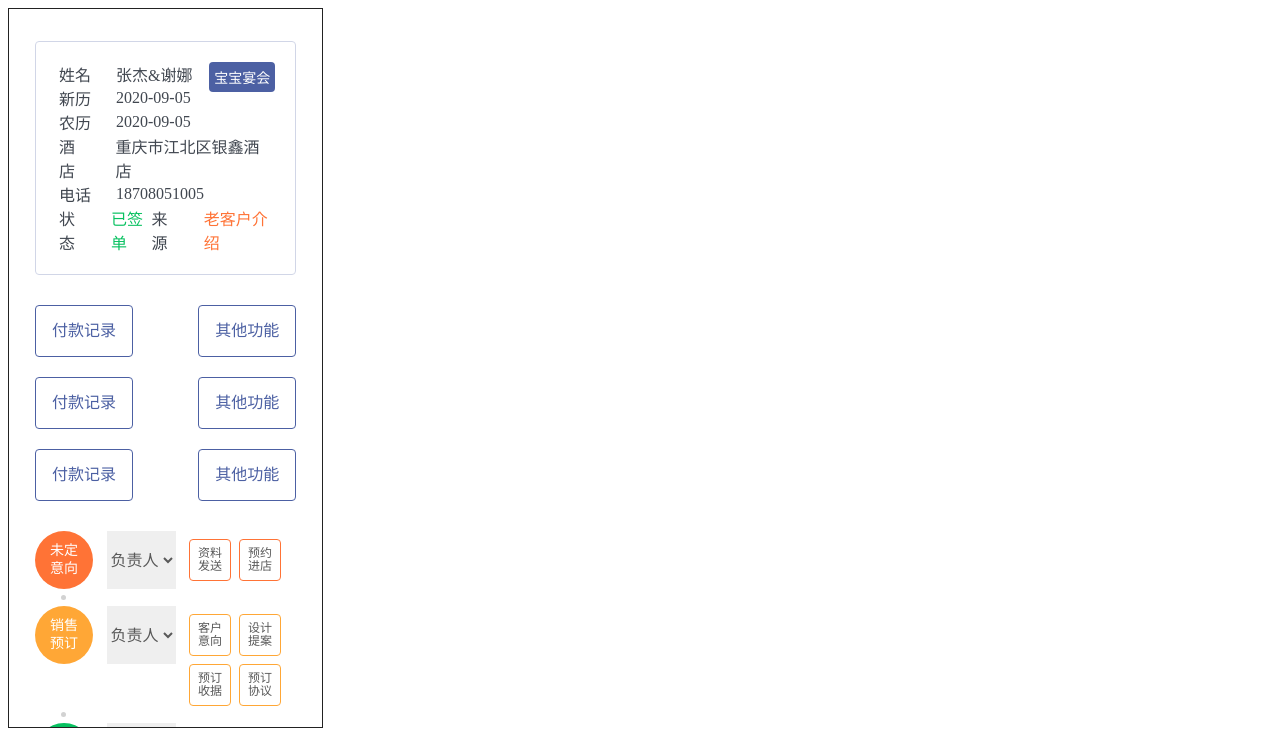
Repository: Lairuola/wedding-1
Page: index.html
An editor plug-in stored every save of this project. The page is shown before and after the next save, followed by the edit.
The browser window is 1280 px wide. The pictures show the whole page.

Above is the page before, as saved 2020-12-24 15:19:37.

### index.html
<!--
 * @Author       : 濑若拉
 * @Date         : 2020-12-17 10:22:14
 * @LastEditors  : 濑若拉
 * @LastEditTime : 2020-12-24 15:19:37
 * @FilePath     : /slidebar/index.html
-->


<!DOCTYPE html>
<html lang="en">

<head>
  <meta charset="UTF-8">
  <meta name="viewport" content="width=device-width, initial-scale=1.0">
  <title>Document</title>
  <style>
    .slide-left {
      width: 402px;
      height: 100vh;
      box-sizing: border-box;
      padding: 32px 26px;
      overflow-y: auto;
      display: flex;
      flex-direction: column;
      align-items: center;
      border: 1px solid #222;
    }

    .info {
      width: 100%;
      height: 328px;
      display: flex;
      flex-direction: column;
      justify-content: space-between;
      padding: 20px 23px;
      position: relative;
      box-sizing: border-box;
      border-radius: 4px;
      border: solid 1px #d1d6e7;
    }

    .info .row {
      width: 100%;
      display: flex;
      font-size: 16px;
      color: #414750;
      flex-direction: row;
      align-items: center;
    }

    .info .row .label,
    .info .end-row .item .label {
      margin-right: 25px;
    }

    .info .end-row {
      width: 100%;
      display: flex;
      flex-direction: row;
      align-items: center;
      justify-content: space-between;
      font-size: 16px;
      color: #414750;
    }

    .info .end-row .item {
      display: flex;
      flex-direction: row;
      align-items: center;
      font-size: 16px;
      color: #414750;
    }

    .info .info-tag {
      padding: 5px;
      background-color: #4c60a3;
      border-radius: 4px;
      font-size: 14px;
      color: #fff;
      position: absolute;
      top: 20px;
      right: 20px;
    }

    .btn-area {
      width: 100%;
      display: flex;
      flex-direction: row;
      align-items: center;
      justify-content: space-between;
      flex-wrap: wrap;
      margin-top: 10px;
      margin-bottom: 30px;
    }

    .btn-area .btn {
      width: 96px;
      height: 50px;
      background-color: #ffffff;
      border-radius: 4px;
      border: solid 1px #4c60a3;
      font-size: 16px;
      color: #4c60a3;
      text-align: center;
      line-height: 50px;
      margin-top: 20px;
    }

    .bot-area {
      width: 100%;
      display: flex;
      flex-direction: column;
    }

    .bot-area .item {
      width: 100%;
      display: flex;
      flex-direction: row;
      position: relative;
      padding-bottom: 17px;
    }

    .bot-area .item .circle {
      width: 58px;
      height: 58px;
      color: #fff;
      border-radius: 100%;
      display: flex;
      align-items: center;
      justify-content: center;
    }

    .bot-area .item .circle .text {
      width: 28px;
      height: 36px;
      font-size: 14px;
      line-height: 18px;
    }

    .bot-area .item .select-wrap {
      width: 96px;
      text-align: center;
    }

    .bot-area .item .select-wrap .bot-select {
      border: none;
      outline: none;
      color: #595959;
      font-size: 16px;
      height: 58px;
    }

    .bot-area .item .btn-row {
      flex: 1;
      display: flex;
      flex-direction: row;
      flex-wrap: wrap;
      margin-right: -8px;
    }

    .bot-area .item .btn-row .btn {
      width: 40px;
      height: 40px;
      border-radius: 4px;
      margin-right: 8px;
      border: 1px solid;
      display: flex;
      align-items: center;
      justify-content: center;
      margin-top: 8px;
      color: #595959;
    }

    .bot-area .item .btn-row .btn .word {
      width: 24px;
      height: 26px;
      font-size: 12px;
      line-height: 13px;
      letter-spacing: 0px;
    }

    .bot-area .item .dot {
      width: 5px;
      height: 5px;
      background-color: #d2d2d2;
      border-radius: 100%;
      position: absolute;
      bottom: 6px;
      left: 26px;
    }

    .bot-area .item .btn-row .btn.orange {
      border-color: #ff7336;
    }

    .bot-area .item .btn-row .btn.orange:hover {
      background-color: #ff7336;
      color: #fff;
    }

    .bot-area .item .btn-row .btn.yellow {
      border-color: #ffa736;
    }

    .bot-area .item .btn-row .btn.yellow:hover {
      background-color: #ffa736;
      color: #fff;
    }

    .bot-area .item .btn-row .btn.green {
      border-color: #07c160;
    }

    .bot-area .item .btn-row .btn.green:hover {
      background-color: #07c160;
      color: #fff;
    }

    .bot-area .item .btn-row .btn.aqua {
      border-color: #0bc8cb;
    }

    .bot-area .item .btn-row .btn.aqua:hover {
      background-color: #0bc8cb;
      color: #fff;
    }

    .bot-area .item .btn-row .btn.blue {
      border-color: #3d9bfb;
    }

    .bot-area .item .btn-row .btn.blue:hover {
      background-color: #3d9bfb;
      color: #fff;
    }

    .bot-area .item .btn-row .btn.cornflowerblue {
      border-color: #4c60a3;
    }

    .bot-area .item .btn-row .btn.cornflowerblue:hover {
      background-color: #4c60a3;
      color: #fff;
    }

    .color-green {
      color: #07c160
    }

    .color-orange {
      color: #ff7336;
    }

    .bg-color-red {
      background-color: #ff7336;
    }

    .bg-color-yellow {
      background-color: #ffa736;
    }

    .bg-color-green {
      background-color: #07c160;
    }

    .bg-color-aqua {
      background-color: #0bc8cb;
    }

    .bg-color-blue {
      background-color: #3d9bfb;
    }

    .bg-color-cornflowerblue {
      background-color: #4c60a3;
    }
  </style>
  <style>
    .my-table {
      width: 100%;
      height: 80vh;
      display: flex;
      flex-direction: column;
    }
  </style>
</head>

<body style="display: flex;flex-direction: row;">
  <div class="slide-left">
    <!-- 资料 -->
    <div class="info">
      <div class="row">
        <div class="label">姓名</div>
        <div class="content">张杰&谢娜</div>
      </div>
      <div class="row">
        <div class="label">新历</div>
        <div class="content">2020-09-05</div>
      </div>
      <div class="row">
        <div class="label">农历</div>
        <div class="content">2020-09-05</div>
      </div>
      <div class="row">
        <div class="label">酒店</div>
        <div class="content">重庆市江北区银鑫酒店</div>
      </div>
      <div class="row">
        <div class="label">电话</div>
        <div class="content">18708051005</div>
      </div>
      <div class="end-row">
        <div class="item">
          <div class="label">状态</div>
          <div class="content color-green">已签单</div>
        </div>
        <div class="item">
          <div class="label">来源</div>
          <div class="content color-orange">老客户介绍</div>
        </div>
      </div>
      <!-- tag -->
      <div class="info-tag">宝宝宴会</div>
    </div>
    <!-- btn-area -->
    <div class="btn-area">
      <div class="btn">付款记录</div>
      <div class="btn">其他功能</div>
      <div class="btn">付款记录</div>
      <div class="btn">其他功能</div>
      <div class="btn">付款记录</div>
      <div class="btn">其他功能</div>
    </div>
    <!-- bot-area -->
    <div class="bot-area">
      <div class="item">
        <div class="circle bg-color-red">
          <div class="text">未定意向</div>
        </div>
        <div class="select-wrap">
          <select class='bot-select' name="" id="">
            <option value="">负责人</option>
          </select>
        </div>
        <div class="btn-row">
          <div class="btn orange">
            <div class="word">资料发送</div>
          </div>
          <div class="btn orange">
            <div class="word">预约进店</div>
          </div>
        </div>
        <div class="dot"></div>
      </div>
      <div class="item">
        <div class="circle bg-color-yellow">
          <div class="text">销售预订</div>
        </div>
        <div class="select-wrap">
          <select class='bot-select' name="" id="">
            <option value="">负责人</option>
          </select>
        </div>
        <div class="btn-row">
          <div class="btn yellow">
            <div class="word">客户意向</div>
          </div>
          <div class="btn yellow">
            <div class="word">设计提案</div>
          </div>
          <div class="btn yellow">
            <div class="word">预订收据</div>
          </div>
          <div class="btn yellow">
            <div class="word">预订协议</div>
          </div>
        </div>
        <div class="dot"></div>
      </div>
      <div class="item">
        <div class="circle bg-color-green">
          <div class="text">设计策划</div>
        </div>
        <div class="select-wrap">
          <select class='bot-select' name="" id="">
            <option value="">负责人</option>
          </select>
        </div>
        <div class="btn-row">
          <div class="btn green">
            <div class="word">策划设计</div>
          </div>
          <div class="btn green">
            <div class="word">价格明细</div>
          </div>
          <div class="btn green">
            <div class="word">正式合同</div>
          </div>
          <div class="btn green">
            <div class="word">搭建清单</div>
          </div>
        </div>
        <div class="dot"></div>
      </div>
      <div class="item">
        <div class="circle bg-color-aqua">
          <div class="text">服务统筹</div>
        </div>
        <div class="select-wrap">
          <select class='bot-select' name="" id="">
            <option value="">负责人</option>
          </select>
        </div>
        <div class="btn-row">
          <div class="btn aqua">
            <div class="word">统筹服务</div>
          </div>
        </div>
        <div class="dot"></div>
      </div>
      <div class="item">
        <div class="circle bg-color-blue">
          <div class="text">执行搭建</div>
        </div>
        <div class="select-wrap">
          <select class='bot-select' name="" id="">
            <option value="">负责人</option>
          </select>
        </div>
        <div class="btn-row">
          <div class="btn blue">
            <div class="word">搭建确认</div>
          </div>
          <div class="btn blue">
            <div class="word">执行完成</div>
          </div>
        </div>
        <div class="dot"></div>
      </div>
      <div class="item">
        <div class="circle bg-color-cornflowerblue">
          <div class="text">成本结算</div>
        </div>
        <div class="select-wrap">
          <select class='bot-select' name="" id="">
            <option value="">负责人</option>
          </select>
        </div>
        <div class="btn-row">
          <div class="btn cornflowerblue">
            <div class="word">成本核算</div>
          </div>
        </div>
      </div>
    </div>
  </div>
  <div class="my-table"></div>
</body>

</html>

After the next save:
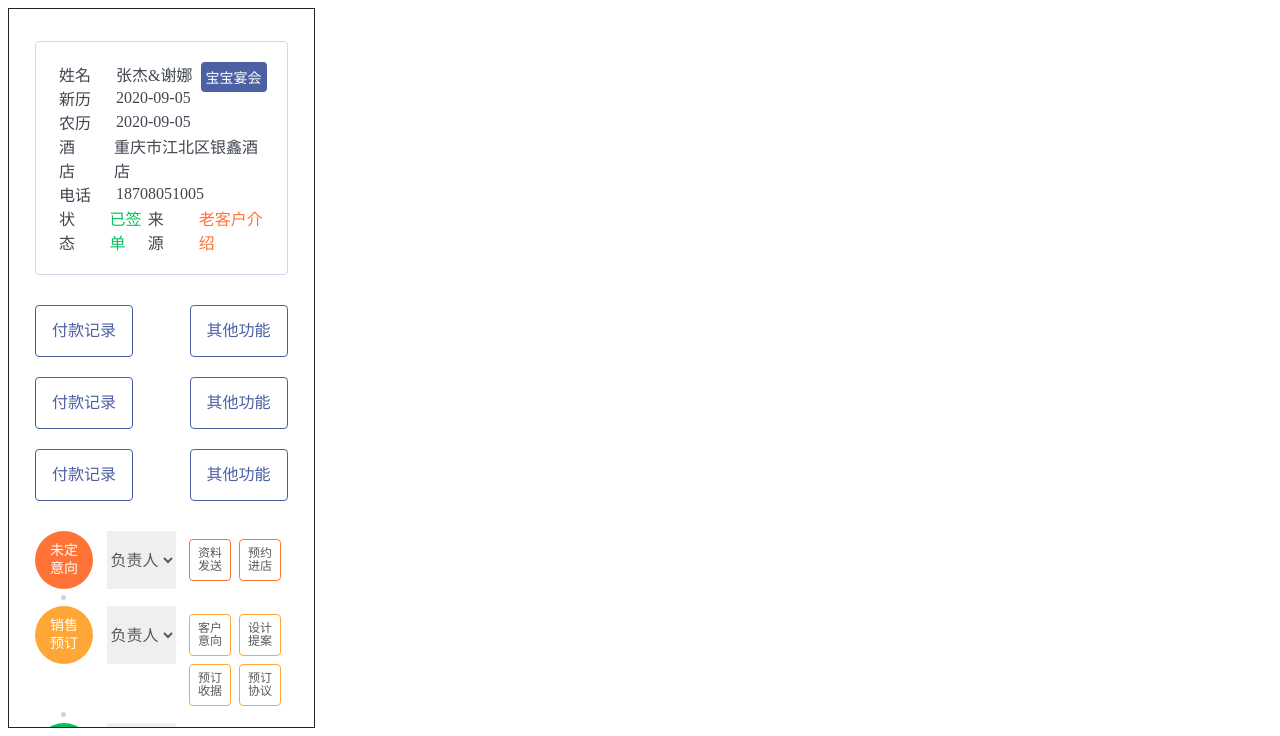
Saved 17 s later.
--- a/index.html
+++ b/index.html
@@ -2,7 +2,7 @@
  * @Author       : 濑若拉
  * @Date         : 2020-12-17 10:22:14
  * @LastEditors  : 濑若拉
- * @LastEditTime : 2020-12-24 15:19:37
+ * @LastEditTime : 2020-12-24 15:19:54
  * @FilePath     : /slidebar/index.html
 -->
 
@@ -282,6 +282,7 @@
       height: 80vh;
       display: flex;
       flex-direction: column;
+      margin-left: 40px;
     }
   </style>
 </head>
